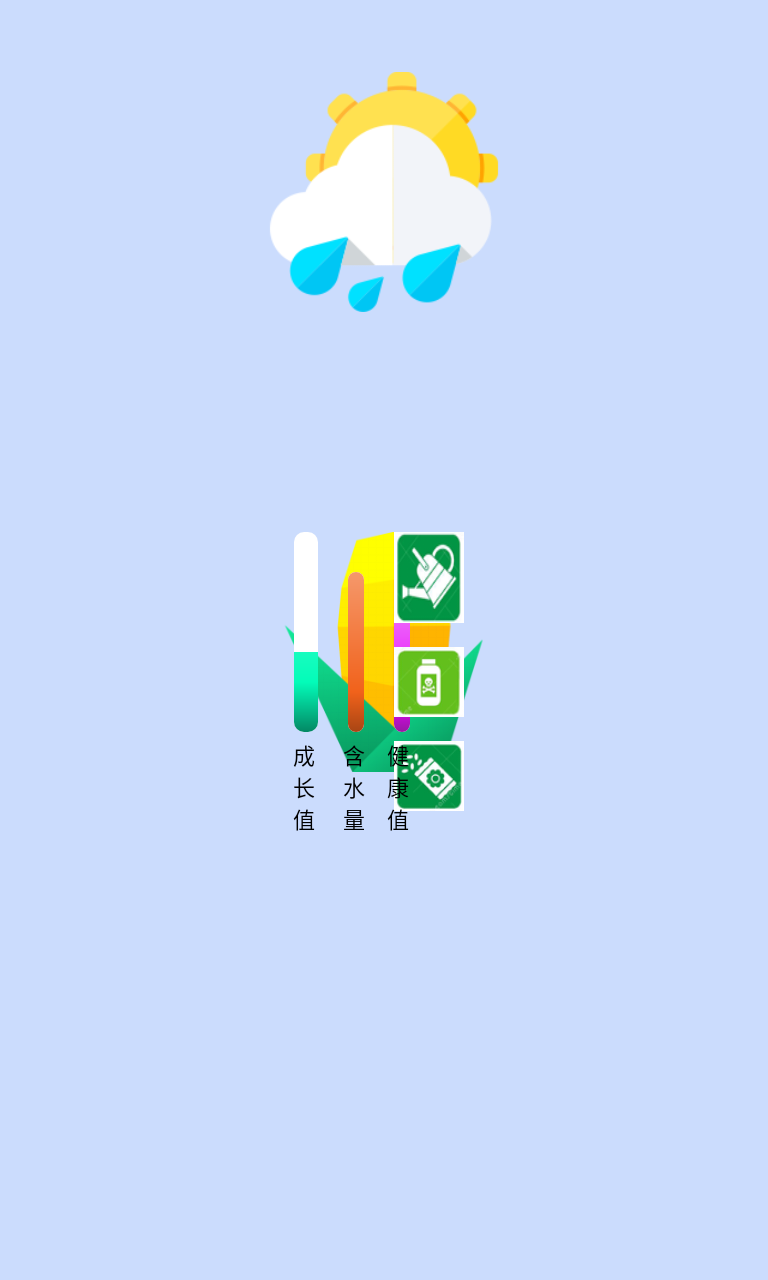
Repository: DraceWang/YumiTianqi
Layout: YumiTianqi/res/layout/fragment_main.xml
An editor plug-in stored every save of this project. The layout is shown before and after the next save, followed by the edit.
It is drawn on a 768 x 1280 px phone screen (xhdpi) without system bars, with theme AppTheme; the app's code is not run. Lists and similar views that code fills are empty.

Above is the layout before, as saved 2015-05-20 01:44:29.

### YumiTianqi/res/layout/fragment_main.xml
<RelativeLayout xmlns:android="http://schemas.android.com/apk/res/android"
    xmlns:tools="http://schemas.android.com/tools"
    android:layout_width="match_parent"
    android:layout_height="match_parent"
    android:background="#cbdcfd"
    android:paddingBottom="@dimen/activity_vertical_margin"
    android:paddingLeft="@dimen/activity_horizontal_margin"
    android:paddingRight="@dimen/activity_horizontal_margin"
    android:paddingTop="@dimen/activity_vertical_margin"
    tools:context="com.boyumi.yumitianqi.MainActivity$PlaceholderFragment" >

    <TextView
        android:id="@+id/CityName"
        android:layout_width="wrap_content"
        android:layout_height="wrap_content"
        android:layout_marginLeft="20dp"
        android:layout_marginTop="20dp"
        android:textColor="#000"
        android:textSize="10pt" />

    <TextView
        android:id="@+id/currentTemperature"
        android:layout_width="wrap_content"
        android:layout_height="wrap_content"
        android:layout_alignParentRight="true"
        android:layout_alignTop="@+id/CityName"
        android:layout_marginRight="20dp"
        android:textColor="#000"
        android:textSize="10pt" />

    <ImageView
        android:id="@+id/WeatherIcon"
        android:layout_width="120dp"
        android:layout_height="120dp"
        android:layout_alignTop="@+id/CityName"
        android:layout_centerHorizontal="true"
        android:src="@drawable/sunnyrain" />

    <TextView
        android:layout_width="wrap_content"
        android:layout_height="wrap_content"
        android:id="@+id/WeatherCondition"
        android:layout_below="@+id/WeatherIcon"
        android:layout_centerHorizontal="true"
        android:layout_marginTop="5dp"
        android:textSize="10pt"
        android:textColor="#000"
        />

    <TextView
        android:layout_width="wrap_content"
        android:layout_height="wrap_content"
        android:id="@+id/date"
        android:layout_alignParentBottom="true"
        android:layout_alignParentRight="true"
        android:layout_marginRight="5dp"
        android:layout_marginBottom="2dp"
        android:textSize="5pt"
        android:textColor="#666"
        />

    <TableLayout android:layout_width="60dp" android:layout_height="wrap_content" android:id="@+id/btn_AQ" android:layout_above="@+id/body" android:layout_marginLeft="10dp" android:layout_marginBottom="-100dp">

        <TableRow android:layout_width="wrap_content" android:layout_height="wrap_content">
            <TextView android:id="@+id/AQ_title" android:layout_width="60dp" android:layout_height="20dp" android:layout_alignParentLeft="true" android:gravity="center" android:textSize="6pt" />
        </TableRow>

        <TableRow android:layout_width="wrap_content" android:layout_height="wrap_content">
            <TextView android:id="@+id/AQ_content" android:layout_width="60dp" android:layout_height="20dp" android:gravity="center" android:layout_below="@+id/AQ_title" />
        </TableRow>


    </TableLayout>
    <HorizontalScrollView
        android:id="@+id/body"
        android:layout_width="wrap_content"
        android:layout_height="match_parent"
        android:layout_below="@+id/WeatherIcon"
        android:layout_centerHorizontal="true"
        android:layout_marginTop="70dp"
        android:scrollbars="none" >

        <LinearLayout
            android:layout_width="wrap_content"
            android:layout_height="wrap_content"
            android:orientation="vertical" >

            <RelativeLayout
                android:layout_width="match_parent"
                android:layout_height="wrap_content" >

                <ImageView
                    android:id="@+id/cron"
                    android:layout_width="120dp"
                    android:layout_height="120dp"
                    android:layout_centerHorizontal="true"
                    android:layout_marginTop="40dp"
                    android:src="@drawable/cron" />

                <ProgressBar
                    android:id="@+id/progressBar_gv"
                    style="?android:attr/progressBarStyleHorizontal"
                    android:layout_width="12dp"
                    android:layout_height="100dp"
                    android:layout_alignTop="@+id/cron"
                    android:layout_marginLeft="15dp"
                    android:max="200"
                    android:progress="80"
                    android:progressDrawable="@drawable/mybar_gv" />

                <ProgressBar
                    android:id="@+id/progressBar_wv"
                    style="?android:attr/progressBarStyleHorizontal"
                    android:layout_width="8dp"
                    android:layout_height="80dp"
                    android:layout_above="@+id/Date"
                    android:layout_alignBottom="@+id/progressBar_gv"
                    android:layout_marginLeft="15dp"
                    android:layout_toRightOf="@+id/progressBar_gv"
                    android:max="50"
                    android:progress="80"
                    android:progressDrawable="@drawable/mybar_wv" />

                <ProgressBar
                    android:id="@+id/progressBar_hv"
                    style="?android:attr/progressBarStyleHorizontal"
                    android:layout_width="8dp"
                    android:layout_height="60dp"
                    android:layout_above="@+id/Date"
                    android:layout_alignBottom="@+id/progressBar_gv"
                    android:layout_marginLeft="15dp"
                    android:layout_toRightOf="@+id/progressBar_wv"
                    android:max="10"
                    android:progress="80"
                    android:progressDrawable="@drawable/mybar_hv" />

                <ImageButton
                    android:id="@+id/imageButton_water"
                    android:layout_width="35dp"
                    android:layout_height="35dp"
                    android:layout_above="@+id/imageButton_bug"
                    android:layout_alignParentRight="true"
                    android:layout_alignTop="@+id/cron"
                    android:layout_marginBottom="12dp"
                    android:layout_marginRight="20dp"
                    android:background="@drawable/water"
                    android:onClick="water"
                    android:scaleType="fitCenter" />

                <ImageButton
                    android:id="@+id/imageButton_bug"
                    android:layout_width="35dp"
                    android:layout_height="35dp"
                    android:layout_above="@+id/imageButton_feiliao"
                    android:layout_alignLeft="@+id/imageButton_water"
                    android:layout_alignParentRight="true"
                    android:layout_marginBottom="12dp"
                    android:layout_marginRight="20dp"
                    android:background="@drawable/bug"
                    android:scaleType="fitCenter" />

                <ImageButton
                    android:id="@+id/imageButton_feiliao"
                    android:layout_width="35dp"
                    android:layout_height="35dp"
                    android:layout_alignBottom="@+id/cron"
                    android:layout_alignLeft="@+id/imageButton_water"
                    android:layout_alignParentRight="true"
                    android:layout_marginRight="20dp"
                    android:layout_marginBottom="-20dp"
                    android:background="@drawable/feiliao"
                    android:scaleType="fitCenter" />

                <TextView
                    android:id="@+id/grown"
                    android:layout_width="12dp"
                    android:layout_height="wrap_content"
                    android:layout_alignLeft="@+id/progressBar_gv"
                    android:layout_below="@+id/progressBar_gv"
                    android:layout_marginTop="3dp"
                    android:layout_marginLeft="-1dp"
                    android:text="成长值"
                    android:textColor="#000"
                    android:textSize="5pt" />

                <TextView
                    android:id="@+id/water"
                    android:layout_width="12dp"
                    android:layout_height="wrap_content"
                    android:layout_alignLeft="@+id/progressBar_wv"
                    android:layout_below="@+id/progressBar_wv"
                    android:layout_marginTop="3dp"
                    android:layout_marginLeft="-3dp"
                    android:text="含水量"
                    android:textColor="#000"
                    android:textSize="5pt" />

                <TextView
                    android:id="@+id/healthy"
                    android:layout_width="12dp"
                    android:layout_height="wrap_content"
                    android:layout_alignLeft="@+id/progressBar_hv"
                    android:layout_below="@+id/progressBar_hv"
                    android:layout_marginTop="3dp"
                    android:layout_marginLeft="-4dp"
                    android:text="健康值"
                    android:textColor="#000"
                    android:textSize="5pt" />
            </RelativeLayout>

            <ListView
                android:id="@+id/forecast"
                android:layout_width="match_parent"
                android:layout_height="200dp"
                android:layout_marginTop="90dp" >
            </ListView>
        </LinearLayout>
    </HorizontalScrollView>




</RelativeLayout>

### YumiTianqi/res/drawable-mdpi/mybar_gv.xml
<?xml version="1.0" encoding="utf-8"?>
<layer-list xmlns:android="http://schemas.android.com/apk/res/android" >
    <item android:id="@android:id/background" >
        <shape>
            <corners android:radius="5dip" />
            <gradient
                	android:startColor="#ffffff"
                    android:centerColor="#ffffff"
                    android:endColor="#ffffff"
                    android:angle="270"
            />
        </shape>
    </item>

     <item android:id="@android:id/progress">
        <clip android:clipOrientation="vertical"
            android:gravity="bottom">
            <shape>
                <corners android:radius="5dip" />
                <gradient
                        android:startColor="#6cfcd5"
                        android:centerColor="#03fcb9"
                        android:centerX="0.75"
                        android:endColor="#038864"
                        android:angle="270"
                />
            </shape>
        </clip>
    </item>


</layer-list>

### YumiTianqi/res/drawable-mdpi/mybar_wv.xml
<?xml version="1.0" encoding="utf-8"?>
<layer-list xmlns:android="http://schemas.android.com/apk/res/android" >
    <item android:id="@android:id/background" >
        <shape>
            <corners android:radius="5dip" />
            <gradient
                	android:startColor="#ffffff"
                    android:centerColor="#ffffff"
                    android:endColor="#ffffff"
                    android:angle="270"
            />
        </shape>
    </item>

     <item android:id="@android:id/progress">
        <clip android:clipOrientation="vertical"
            android:gravity="bottom">
            <shape>
                <corners android:radius="5dip" />
                <gradient
                        android:startColor="#f5986b"
                        android:centerColor="#f1621b"
                        android:centerX="0.75"
                        android:endColor="#a84514"
                        android:angle="270"
                />
            </shape>
        </clip>
    </item>


</layer-list>

### YumiTianqi/res/drawable-mdpi/mybar_hv.xml
<?xml version="1.0" encoding="utf-8"?>
<layer-list xmlns:android="http://schemas.android.com/apk/res/android" >
    <item android:id="@android:id/background" >
        <shape>
            <corners android:radius="5dip" />
            <gradient
                	android:startColor="#ffffff"
                    android:centerColor="#ffffff"
                    android:endColor="#ffffff"
                    android:angle="270"
            />
        </shape>
    </item>

     <item android:id="@android:id/progress">
        <clip android:clipOrientation="vertical"
            android:gravity="bottom">
            <shape>
                <corners android:radius="5dip" />
                <gradient
                        android:startColor="#ed6af9"
                        android:centerColor="#e805fc"
                        android:centerX="0.75"
                        android:endColor="#9818a4"
                        android:angle="270"
                />
            </shape>
        </clip>
    </item>


</layer-list>

Loaded but not shown: YumiTianqi/res/values/styles.xml (common file); YumiTianqi/res/values-v11/styles.xml (common file); YumiTianqi/res/values-v14/styles.xml (common file); YumiTianqi/res/values/dimens.xml (common file); YumiTianqi/res/values-w820dp/dimens.xml (common file)

After the next save:
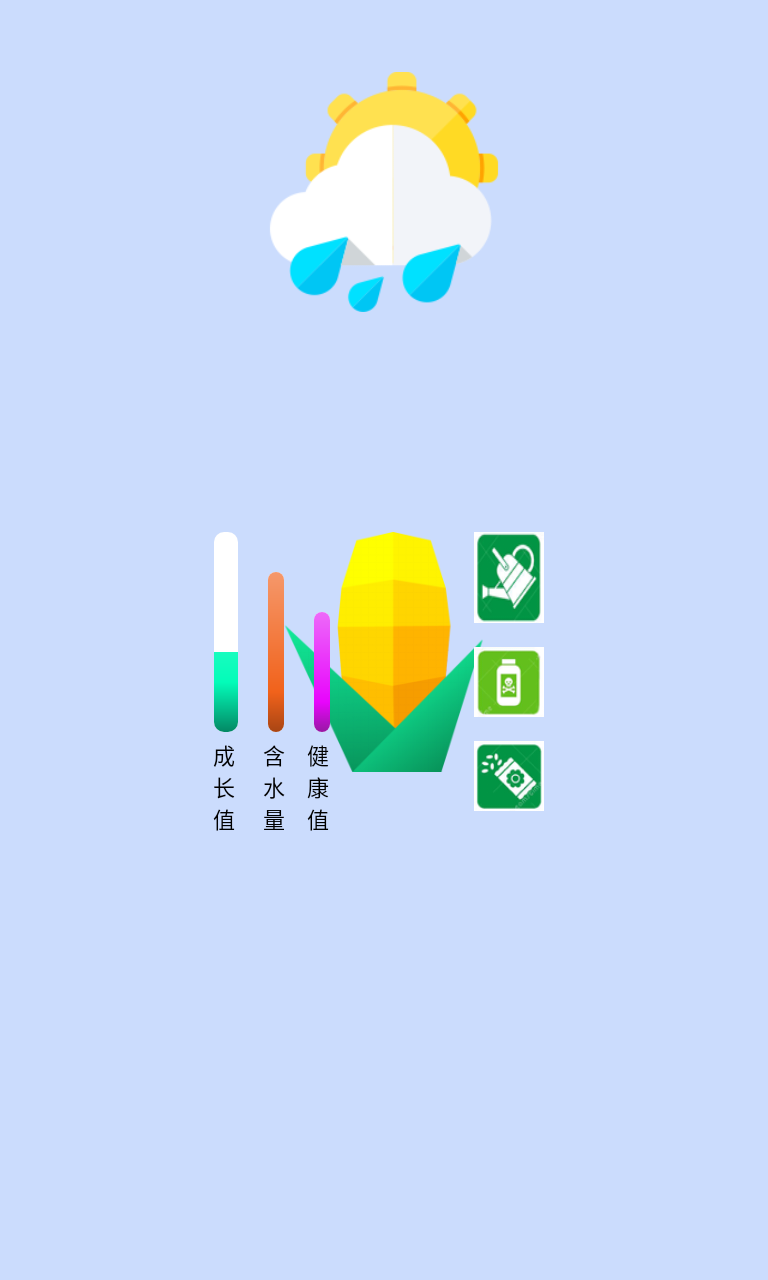
Saved 85 s later.
--- a/YumiTianqi/res/layout/fragment_main.xml
+++ b/YumiTianqi/res/layout/fragment_main.xml
@@ -86,7 +86,7 @@
             android:orientation="vertical" >
 
             <RelativeLayout
-                android:layout_width="match_parent"
+                android:layout_width="200dp"
                 android:layout_height="wrap_content" >
 
                 <ImageView
